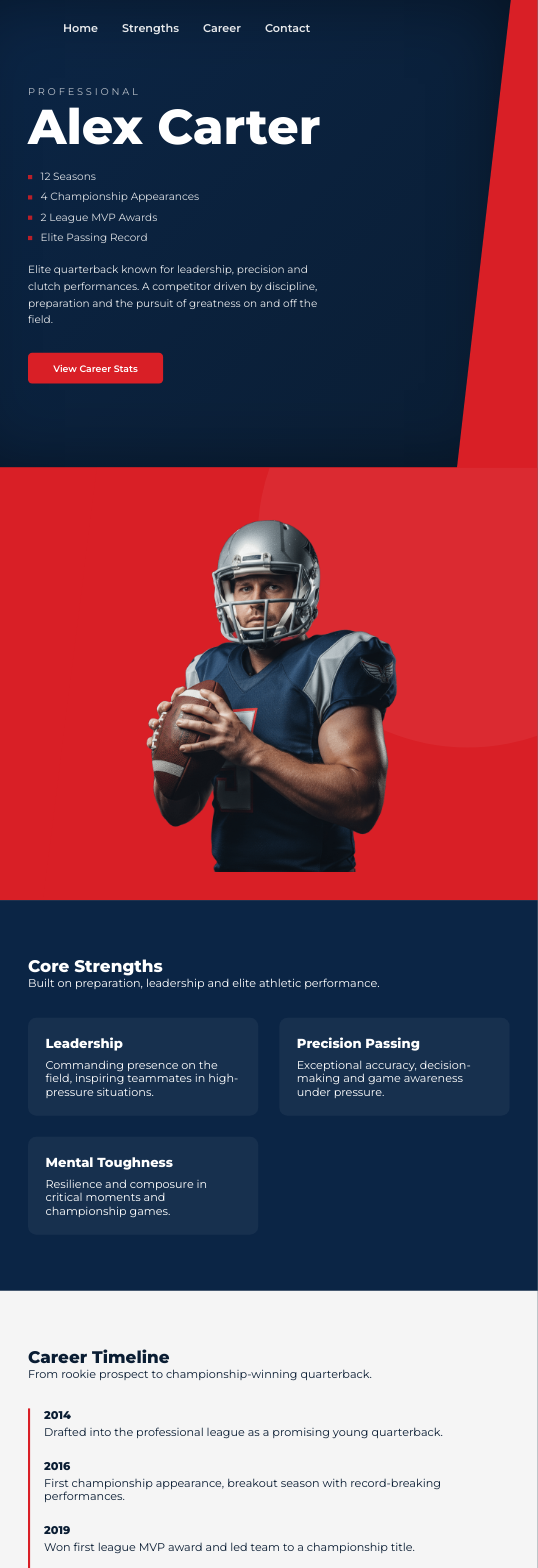
Repository: davidfsillva/Alex-Carter
Page: index.html
The author's editor kept a copy of each file at every save. The page is drawn from the files as they stood at one save, then again after the next save.
The browser window is 768 px wide. The pictures show the part of the page from y = 0 to 2240 px (the page is 2994 px tall before and 2774 px after), at 70% of full size.

Above is the page before, as saved 2026-02-11 08:49:22.

### index.html
<!DOCTYPE html>
<html lang="en">
<head>
  <meta charset="UTF-8" />
  <meta name="viewport" content="width=device-width, initial-scale=1.0"/>
  <title>Alex Carter | Professional Quarterback</title>
  <link rel="stylesheet" href="style.css" />
  <link rel="preconnect" href="https://fonts.googleapis.com">
  <link rel="preconnect" href="https://fonts.gstatic.com" crossorigin>
  <link href="https://fonts.googleapis.com/css2?family=Montserrat:wght@400;600;800&display=swap" rel="stylesheet">
</head>
<body>

<!-- NAVBAR -->
<header class="navbar">
  <nav>
    <a href="#">Home</a>
    <a href="#skills">Strengths</a>
    <a href="#career">Career</a>
    <a href="#contact">Contact</a>
  </nav>
</header>

<!-- HERO -->
<section class="hero">
  <div class="hero-left">
    <span class="tag">PROFESSIONAL</span>
    <h1>Alex Carter</h1>

    <ul class="stats">
      <li>12 Seasons</li>
      <li>4 Championship Appearances</li>
      <li>2 League MVP Awards</li>
      <li>Elite Passing Record</li>
    </ul>

    <p class="description">
      Elite quarterback known for leadership, precision and clutch performances.
      A competitor driven by discipline, preparation and the pursuit of greatness
      on and off the field.
    </p>

    <button class="cta" onclick="window.location.href='Alex_Carter_Stats.pdf'">
      View Career Stats
    </button>

  </div>

  <div class="hero-right">
    <img src="img/spbw.png" alt="Alex Carter Quarterback">
  </div>
</section>

<!-- STRENGTHS SECTION -->
<section id="skills" class="section dark">
  <div class="container">
    <h2>Core Strengths</h2>
    <p>Built on preparation, leadership and elite athletic performance.</p>

    <div class="grid">
      <div class="card">
        <h3>Leadership</h3>
        <p>Commanding presence on the field, inspiring teammates in high-pressure situations.</p>
      </div>

      <div class="card">
        <h3>Precision Passing</h3>
        <p>Exceptional accuracy, decision-making and game awareness under pressure.</p>
      </div>

      <div class="card">
        <h3>Mental Toughness</h3>
        <p>Resilience and composure in critical moments and championship games.</p>
      </div>
    </div>
  </div>
</section>

<!-- CAREER SECTION -->
<section id="career" class="section light">
  <div class="container">
    <h2>Career Timeline</h2>

    <p>From rookie prospect to championship-winning quarterback.</p>

    <div class="timeline">
      <div class="timeline-item">
        <h4>2014</h4>
        <p>Drafted into the professional league as a promising young quarterback.</p>
      </div>

      <div class="timeline-item">
        <h4>2016</h4>
        <p>First championship appearance, breakout season with record-breaking performances.</p>
      </div>

      <div class="timeline-item">
        <h4>2019</h4>
        <p>Won first league MVP award and led team to a championship title.</p>
      </div>

      <div class="timeline-item">
        <h4>2023</h4>
        <p>Second MVP award and cemented legacy as one of the elite quarterbacks of his era.</p>
      </div>
    </div>
  </div>
</section>

<!-- QUOTE SECTION -->
<section class="quote">
  <div class="container">
    <blockquote>
      “Champions are built in preparation long before game day.”
    </blockquote>
    <span>— Alex Carter</span>
  </div>
</section>

<!-- CONTACT SECTION -->
<section id="contact" class="section dark">
  <div class="container">
    <h2>Contact & Media</h2>
    <p>For sponsorships, interviews or partnership opportunities, get in touch.</p>
    <button class="cta" onclick="window.location.href='mailto:alexcarter@agency.com'">
      Contact Management
    </button>
  </div>
</section>

<!-- FOOTER -->
<footer class="footer">
  <p>© 2026 Alex Carter | Professional Quarterback</p>
</footer>

<script src="scripts.js"></script>
</body>
</html>

### style.css
/* =====================
   RESET E FONTES
===================== */
* {
  margin: 0;
  padding: 0;
  box-sizing: border-box;
  font-family: 'Montserrat', sans-serif;
}

body {
  background: #6b7c86;
  color: #fff;
}

/* =====================
   NAVBAR
===================== */
.navbar {
  position: absolute;
  top: 0;
  width: 100%;
  padding: 30px 60px;
  display: flex;
  justify-content: space-between;
  align-items: center;
  z-index: 10;
}

.navbar .logo {
  color: #fff;
  font-weight: 800;
  font-size: 22px;
  letter-spacing: 2px;
}

.navbar nav a {
  color: #fff;
  text-decoration: none;
  margin-left: 30px;
  font-weight: 600;
  opacity: 0.9;
  transition: 0.3s ease;
}

.navbar nav a:hover {
  opacity: 1;
  color: #d91f26;
}

/* =====================
   HERO SECTION
===================== */
.hero {
  background: #d91f26;
  display: flex;
  min-height: 100vh;
  overflow: visible;
}


/* HERO LEFT */
.hero-left {
  width: 60%;
  background: linear-gradient(135deg, #0b2545, #0a1d33);
  padding: 160px 80px;
  color: #fff;
  position: relative;
  box-shadow: inset -50px 0 100px rgba(0,0,0,0.4);

  clip-path: polygon(0 0, 95% 0, 85% 100%, 0% 100%);
}


.hero-left .tag {
  letter-spacing: 4px;
  font-size: 14px;
  opacity: 0.7;
}

.hero-left h1 {
  font-size: 110px;
  font-weight: 800;
  margin: 10px 0 30px;
  line-height: 0.9;
}

.stats {
  list-style: none;
  margin-bottom: 25px;
}

.stats li {
  margin-bottom: 10px;
  font-size: 15px;
  opacity: 0.85;
  position: relative;
  padding-left: 18px;
}

.stats li::before {
  content: "";
  width: 6px;
  height: 6px;
  background: #d91f26;
  position: absolute;
  left: 0;
  top: 8px;
}

.description {
  max-width: 420px;
  font-size: 15px;
  margin-bottom: 35px;
  opacity: 0.9;
  line-height: 1.6;
}

.cta {
  background: #d91f26;
  border: none;
  padding: 14px 36px;
  color: #fff;
  font-weight: 600;
  cursor: pointer;
  transition: all 0.3s ease;
  border-radius: 6px;
}

.cta:hover {
  transform: translateY(-4px);
  box-shadow: 0 10px 25px rgba(217, 31, 38, 0.4);
}

/* Scroll Indicator */
.scroll {
  position: absolute;
  bottom: 40px;
  font-size: 12px;
  letter-spacing: 3px;
  opacity: 0.6;
}

/* HERO RIGHT */
.hero-right {
  width: 45%;
  background: #d91f26;
  display: flex;
  align-items: flex-end;
  justify-content: center;
  position: relative;
  overflow: hidden;

  clip-path: polygon(18% 0%, 100% 0%, 100% 100%, 8% 100%);
}


.hero-right::before {
  content: "";
  position: absolute;
  width: 600px;
  height: 600px;
  background: rgba(255,255,255,0.05);
  border-radius: 50%;
  top: -200px;
  right: -200px;
}

.hero-right img {
  height: 110%;
  width: auto;
  object-fit: contain;
  align-self: flex-end;
  animation: float 5s ease-in-out infinite;
  position: relative;
  z-index: 2;
}

/* Floating animation */
@keyframes float {
  0% { transform: scale(1); }
  50% { transform: scale(1.02); }
  100% { transform: scale(1); }
}

/* =====================
   SECTIONS (GENERIC)
===================== */
.section {
  padding: 100px 80px;
}

.section.dark {
  background: #0b2545;
  color: #fff;
}

.section.light {
  background: #f5f5f5;
  color: #0a1d33;
}

.container {
  max-width: 1200px;
  margin: 0 auto;
}

/* GRID CARDS */
.grid {
  display: grid;
  grid-template-columns: repeat(auto-fit, minmax(250px, 1fr));
  gap: 30px;
  margin-top: 40px;
}

.card {
  background: rgba(255,255,255,0.05);
  padding: 25px;
  border-radius: 12px;
  transition: transform 0.3s ease, box-shadow 0.3s ease;
}

.card:hover {
  transform: translateY(-5px);
  box-shadow: 0 10px 25px rgba(0,0,0,0.2);
}

.card h3 {
  margin-bottom: 10px;
}

/* TIMELINE */
.timeline {
  margin-top: 40px;
  border-left: 3px solid #d91f26;
  padding-left: 20px;
}

.timeline-item {
  margin-bottom: 30px;
}

.timeline-item h4 {
  margin-bottom: 5px;
}

/* QUOTE */
.quote {
  text-align: center;
  padding: 80px 20px;
  background: #0a1d33;
}

.quote blockquote {
  font-size: 22px;
  font-style: italic;
  max-width: 700px;
  margin: 0 auto 15px;
  line-height: 1.5;
}

.quote span {
  display: block;
  font-weight: 600;
  margin-top: 10px;
}

#contact .cta {
  margin-top: 25px; /* aumenta o espaço entre o texto e o botão */
}


/* FOOTER */
.footer {
  text-align: center;
  padding: 25px 0;
  background: #0b2545;
  font-size: 14px;
  opacity: 0.8;
}

/* =====================
   RESPONSIVE
===================== */
@media (max-width: 900px) {
  .hero {
    flex-direction: column;
  }

  .hero-left, .hero-right {
    width: 100%;
  }

  .hero-left {
    padding: 120px 40px;
  }

  .hero-left h1 {
    font-size: 70px;
  }

  .hero-right img {
    width: 70%;
    margin: 40px 0;
  }

  .section {
    padding: 80px 40px;
  }
}

### scripts.js
// =============================
// ANIMAÇÃO DE ENTRADA HERO LEFT
// =============================
window.addEventListener("load", () => {
  const heroLeft = document.querySelector(".hero-left");

  // Estado inicial antes da animação
  heroLeft.style.opacity = 0;
  heroLeft.style.transform = "translateX(-40px)";

  // Adiciona animação após pequeno delay
  setTimeout(() => {
    heroLeft.style.transition = "opacity 0.8s ease, transform 0.8s ease";
    heroLeft.style.opacity = 1;
    heroLeft.style.transform = "translateX(0)";
  }, 300);
});

// =============================
// ANIMAÇÃO OPCIONAL PARA BOTÃO CTA
// =============================
const ctaButton = document.querySelector(".cta");

ctaButton.addEventListener("mouseenter", () => {
  ctaButton.style.transform = "scale(1.05)";
});

ctaButton.addEventListener("mouseleave", () => {
  ctaButton.style.transform = "scale(1)";
});

After the next save:
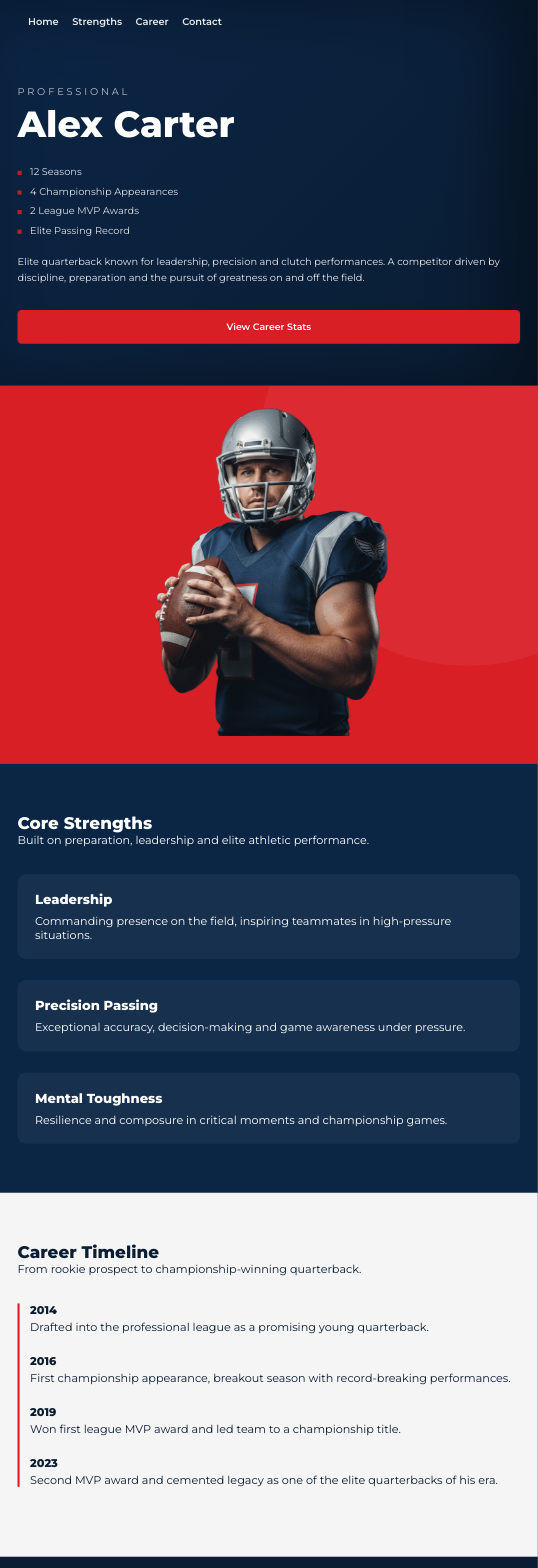
Saved 89 s later.
--- a/style.css
+++ b/style.css
@@ -282,29 +282,81 @@
 /* =====================
    RESPONSIVE
 ===================== */
+/* =====================
+   RESPONSIVO MOBILE
+===================== */
 @media (max-width: 900px) {
+
   .hero {
     flex-direction: column;
-  }
-
-  .hero-left, .hero-right {
+    min-height: auto;
+  }
+
+  .hero-left,
+  .hero-right {
     width: 100%;
+    clip-path: none; /* remove corte diagonal no mobile */
   }
 
   .hero-left {
-    padding: 120px 40px;
+    padding: 120px 25px 60px 25px;
+    text-align: left;
   }
 
   .hero-left h1 {
-    font-size: 70px;
+    font-size: 52px;
+    line-height: 1.1;
+  }
+
+  .stats li {
+    font-size: 14px;
+  }
+
+  .description {
+    max-width: 100%;
+    font-size: 14px;
+  }
+
+  .cta {
+    width: 100%;
+    padding: 16px;
+  }
+
+  .hero-right {
+    justify-content: center;
+    align-items: center;
+    padding-bottom: 40px;
   }
 
   .hero-right img {
-    width: 70%;
-    margin: 40px 0;
+    width: 85%;
+    height: auto;
+    max-height: 500px;
+    margin: 0 auto;
   }
 
   .section {
-    padding: 80px 40px;
-  }
-}
+    padding: 70px 25px;
+  }
+
+  .grid {
+    grid-template-columns: 1fr;
+  }
+
+  .timeline {
+    padding-left: 15px;
+  }
+
+  .quote blockquote {
+    font-size: 18px;
+  }
+
+  .navbar {
+    padding: 20px 25px;
+  }
+
+  .navbar nav a {
+    margin-left: 15px;
+    font-size: 14px;
+  }
+}
